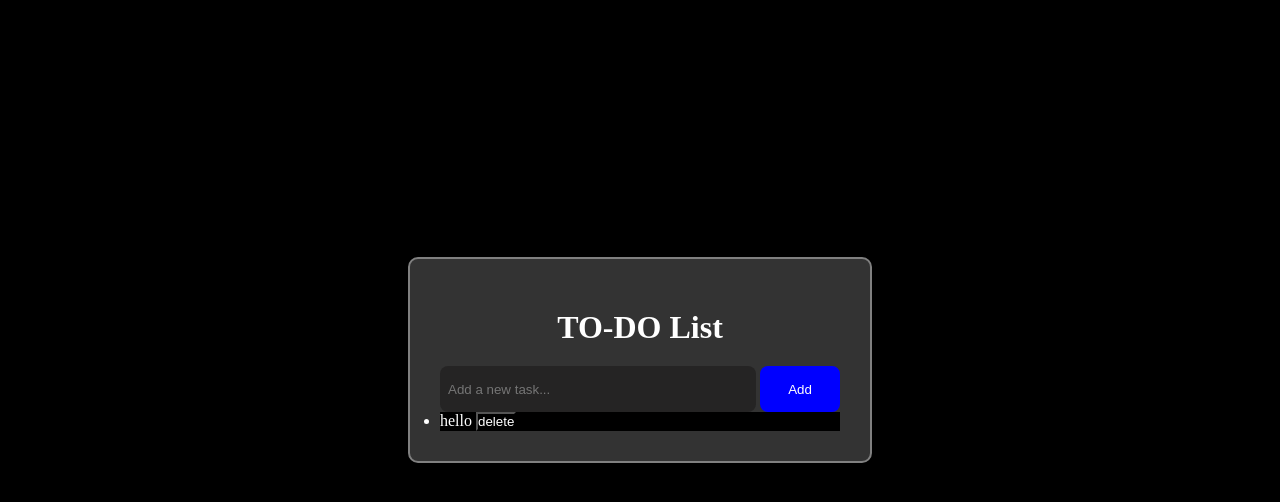
Repository: ksusmitha879-cyber/todo-list
Page: index.html
These files come from the project's save history. The page is drawn as it stood at one moment and after a run of saves; the edit follows.
The browser window is 1280 px wide. The pictures show the whole page.

Above is the page before, as saved 2025-11-28 02:36:46.

After the next 6 saves:
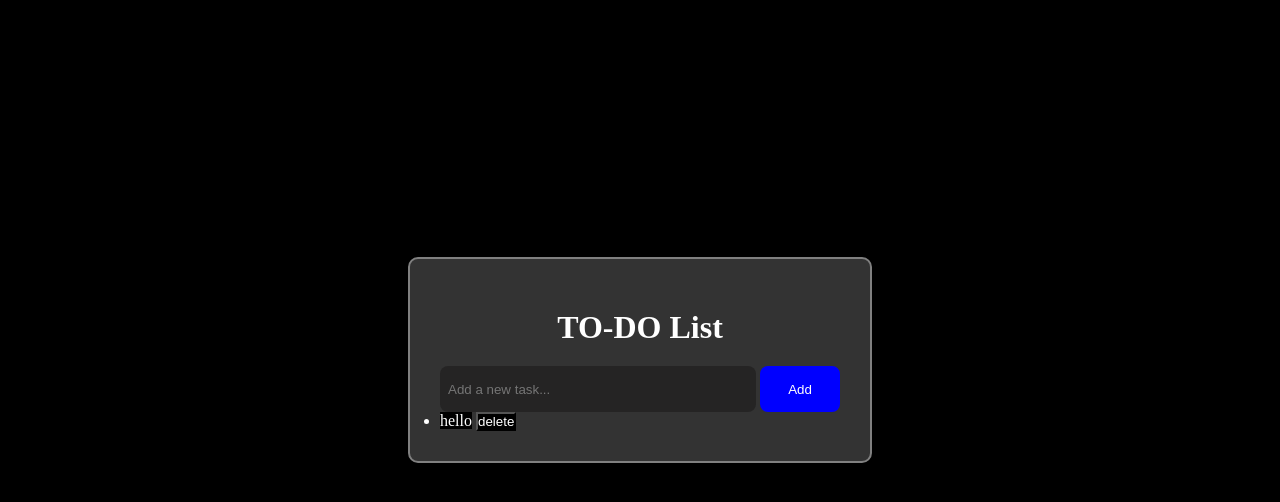
The 6 saves are shown as one change because they came seconds apart.
The last was saved 12 s later.
--- a/style.css
+++ b/style.css
@@ -53,3 +53,6 @@ input{
 ul{
     background-color: rgb(51, 51, 51);
 }
+li{
+    background-color: rgb(51, 51, 51);
+}
